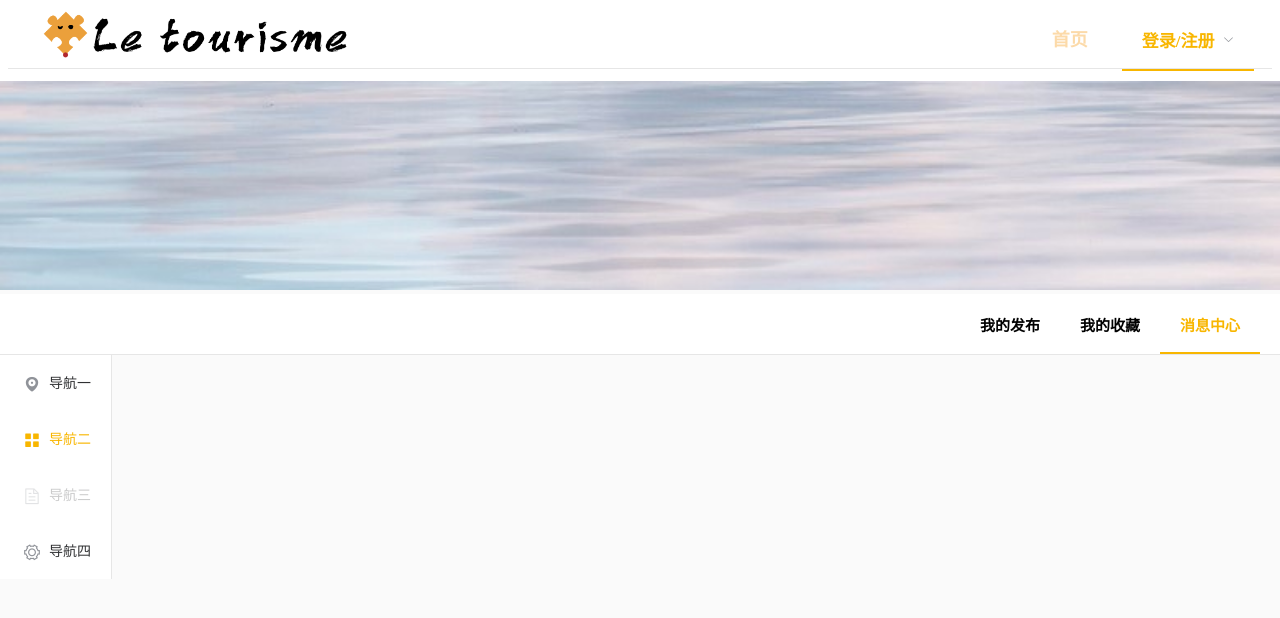
Repository: linxuerou0129/2020.08.31
Page: /Message
These files come from the project's save history. The page is drawn as it stood at one moment and after the next save; the edit follows.
The browser window is 1280 px wide. The pictures show the whole page.
The page's requests for data from a server got no answer. The project was rebuilt for these pictures with package versions that can differ from the ones it lists, and the page was loaded fresh each time. No one was signed in, and anything a server would have sent is missing. Also part of the build but not shown: src/views/Home.vue.

Above is the page before, as saved 2020-08-29 20:26:27.

After the next save:
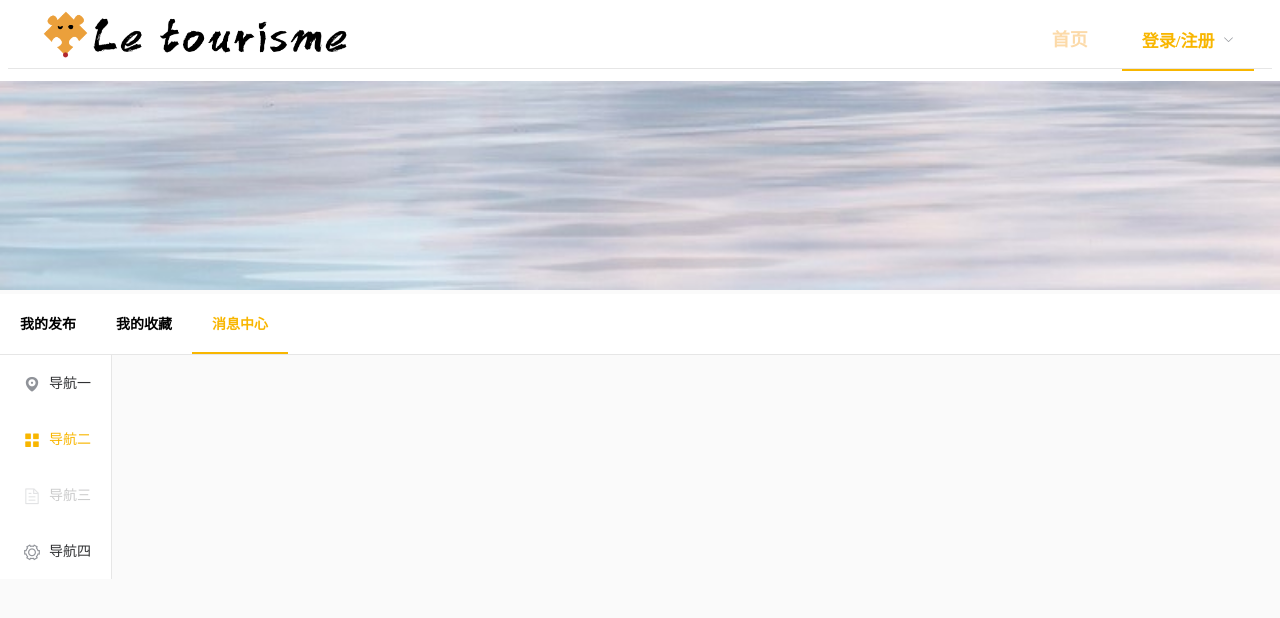
Saved 100 s later.
--- a/src/views/Message.vue
+++ b/src/views/Message.vue
@@ -47,24 +47,11 @@ import axios from 'axios'
 export default {
     data(){
         return{
-            name:"",
-            imageUrl:"",
-            comName:[],
         }
     },
     methods:{
-        hrefPublish(){
-            location.href="/Publish"
-        },
-        hrefEdit(){
-            location.href="/Edit"
-        },
         handleSelect(key, keyPath) {
             console.log(key, keyPath);
-        },
-        hrefArticle(a){
-            console.log(a);
-            location.href="/Show?article_id="+a
         }
     },
     created(){
@@ -80,63 +67,16 @@ export default {
             .catch(function(error){
                 console.log(error);
             });
-        axios({
-            url:'http://106.75.157.168:5657/api/get_my_article',
-	            method: 'get'
-            })
-            .then((response)=>{
-                 console.log(response.data);
-                 this.comName=response.data.articles;
-            })
-            .catch(function(error){
-                console.log(error);
-            });
     }
 }
 </script>
 
 <style scoped>
-.hide{
-    width: 100%;
-    margin-left: 20px;
-}
-.single{
-    height: 168px;
-}
-.content-card{
-    margin-left: 1.7%;
-    margin-top: 1.5%;
-    width: 52.5%;
-}
 .body{
     display: -webkit-flex; /* Safari */
     display: flex;
     flex-direction: row;
     margin-bottom: 2%;
-}
-.button{
-    width: 90%;
-    margin-left: 5%;
-}
-.name{
-    width: 100%;
-    height: 45px;
-    display: block;
-    line-height: 45px;
-    text-align: center;
-    position:relative;
-    margin-top: 30%;
-    font-size: 22px;
-}
-.box-card {
-    width: 30%;
-    margin-left: 8%;
-    height: 250px;
-}
-.head1{
-  position: relative;
-  left: 75%;
-  font-size: 15px;
 }
 .content{
   width: 100%;
